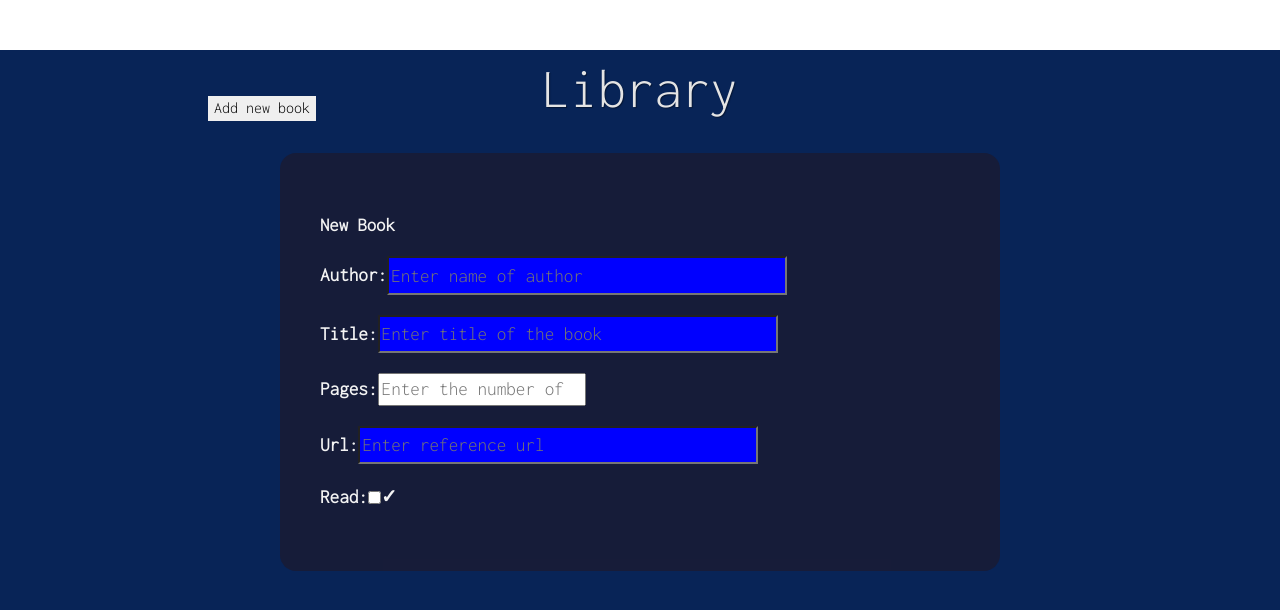
Repository: 0101chaitanya/Library
Page: index.html
An editor plug-in stored every save of this project. The page is shown before and after the next save, followed by the edit.
The browser window is 1280 px wide. The pictures show the whole page.

Above is the page before, as saved 2021-06-03 18:29:59.

### index.html
<!DOCTYPE html>
<html>

<head>
    <meta charset="UTF-8">
    <link rel="stylesheet" type="text/css" href="styles.css">

</head>
<div id="container">

</div>

<body>
    <script type="text/javascript" src="script.js"></script>

</body>

</html>

### styles.css
  @import url('https://fonts.googleapis.com/css2?family=Inconsolata:wght@300&display=swap');
   :root {
      --color-white: #f3f3f3;
      --color-darkblue-alpha: rgba(27, 27, 50, 0.8);
      --color-green: #082457;
  }

  *,
  *::before,
  *::after {
      box-sizing: border-box;
  }

  body {
      font-family: 'Inconsolata', monospace;
      font-size: 1rem;
      font-weight: 1000;
      line-height: 1.4;
      color: var(--color-white);
      margin: 0;
  }

  body::before {
      content: '';
      position: fixed;
      height: 100%;
      width: 100%;
      z-index: -1;
      background: var(--color-green);
  }

  header {
      font-weight: 400;
      font-size: 3.5rem;
      margin-top: 0rem;
      text-shadow: 1px 1px 1px rgba(0, 0, 0, 0.4);
      color: #e4e4e4;
      text-align: center;
  }

  label {
      display: flex;
      align-items: center;
      font-size: 1.2rem;
  }

  input,
  button {
      margin: 0;
      font-size: inherit;
      font-family: inherit;
      line-height: inherit;
  }

  button {
      border: none;
  }

  #container {
      width: 100%;
      margin: 3.125rem auto 0 auto;
  }

  @media (min-width: 576px) {
      #container {
          max-width: 540px;
      }
  }

  @media (min-width: 768px) {
      #container {
          max-width: 720px;
      }
  }
  /*
  @media (max-width: 400px) {
       :root {
          font-size: 7px;
      }
  }

  @media (min-width: 401px) and (max-width: 799px) {
       :root {
          font-size: 16px;
      }
  }

  @media (min-width: 800px) {
       :root {
          font-size: 24px;
      }
  }

  @media (min-width: 1000px) {
       :root {
          font-size: 26px;
      }
  }
   */

  #newBookButton {
      position: relative;
      left: 20%;
      top: -2rem;
      left: -4.5rem;
  }

  form {
      background: var(--color-darkblue-alpha);
      padding: 2.5rem 6.25rem;
      border-radius: 1rem;
  }

  @media (min-width:480px) {
      form {
          padding: 2.5rem;
      }
  }

  .formGroup {
      margin: 0 auto 1.25rem auto;
  }

  .textBox {
      display: block;
      width: 25rem;
      height: 2.4rem;
      padding: - 0.375rem 0.75rem;
      background-color: blue;
  }
  /*
  h3 {
      position: relative;
      margin-left: 0;
      top: -1rem;
      color: rgb(18, 156, 236);
  }

  #author {
      position: relative;
      margin-bottom: 0.2rem;
      top: -1.5rem;
      left: -0.3rem;
      max-width: fit-content;
  }

  #title,
  #pages {
      position: relative;
      margin-bottom: 0.2rem;
      max-width: auto;
      top: -1.5rem;
  }

  #url {
      position: relative;
      margin-bottom: 0.2rem;
      left: 0.8rem;
      max-width: auto;
      top: -1.5rem;
  }

  #read {
      position: relative;
      margin-bottom: 0.2rem;
      right: 5.0rem;
      top: -1.5rem;
      margin-bottom: -1rem;
  }

  #authorInput {
      position: relative;
      right: -0.70rem;
      max-width: 58.0%;
  }

  #titleInput,
  #pagesInput {
      position: relative;
      right: -0.7rem;
      max-width: 60%;
  }

  #urlInput {
      position: relative;
      right: -0.7rem;
      max-width: 65.5%;
  }

  #readInput {
      position: relative;
      right: -0.5rem;
      margin-bottom: 0.4rem;
  }

  .checkMark {
      position: relative;
      display: inline-flex;
      justify-content: center;
      align-items: center;
      left: -0.5rem;
      height: 0.9rem;
      width: 0.9rem;
      border-color: black;
      border-style: solid;
      border-width: 0.01rem;
      color: rgb(241, 232, 237);
      background: rgb(241, 232, 237);
  }

  #readInput:checked~.checkMark {
      color: rgb(26, 28, 43);
      background: rgb(235, 225, 230);
  } */

### script.js
let heading = document.createElement("header");
heading.textContent = 'Library';
container = document.getElementById("container");
container.appendChild(heading);
let newBook = document.createElement('button');
newBook.id = 'newBookButton';
newBook.textContent = 'Add new book';
container.appendChild(newBook);
let form = document.createElement('form');
h3 = document.createElement('h3');
form.appendChild(h3);

function createElmt(labelName, labelId, tipe, labelTextContent, inputId, inpId, req, place, checkMk) {
    formGroup = document.createElement('div');
    formGroup.classList.add('formGroup');
    labelName = document.createElement('label');
    labelName.textContent = labelTextContent;
    labelName.id = labelId;
    labelName.htmlFor = inputId;
    inputId = document.createElement('input');
    inputId.type = tipe;
    inputId.id = inpId;
    inputId.required = req;
    inputId.placeholder = place;
    if (inputId.type == 'text') {
        inputId.classList.add('textBox');
    }
    labelName.appendChild(inputId);
    if (checkMk == 'read') {
        let span = document.createElement('span');
        span.className = 'checkMark';
        span.innerHTML = '&#10003';


        labelName.appendChild(span);
    }
    formGroup.appendChild(labelName);

    form.appendChild(formGroup);
}
h3.textContent = `New Book`;
createElmt('author', 'author', 'text', 'Author:', 'authorInput', 'authorInput', true, 'Enter name of author');
createElmt('title', 'title', 'text', 'Title:', 'titleInput', 'titleInput', true, 'Enter title of the book');
createElmt('pages', 'pages', 'number', 'Pages:', 'pagesInput', 'pagesInput', true, 'Enter the number of pages');
createElmt('url', 'url', 'text', 'Url:', 'urlInput', 'urlInput', false, 'Enter reference url');

createElmt('read', 'read', 'checkbox', 'Read:', 'readInput', 'readInput', false, null, 'read');
console.log('author'.id);

container.appendChild(form);
/*
let author = document.createElement('label');
author.textContent = 'Author :';
author.htmlFor = 'authorInput';
let authorInput = document.createElement('input');
authorInput.id = 'authorInput';
author.appendChild(authorInput);
document.body.appendChild(author);
 */


function setBookObj(author, title, pages, readStatus, refUrl) {
    this.author = author;
    this.title = title;
    this.pages = pages;
    this.readStatus = readStatus;
    this.refUrl = refUrl;
}

After the next save:
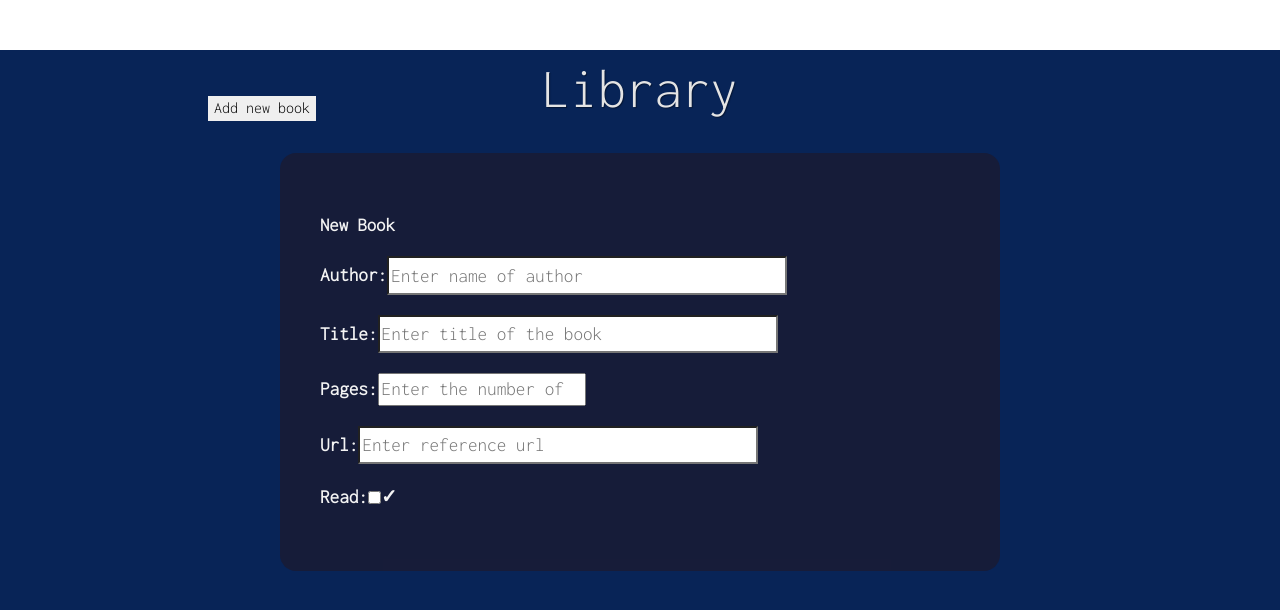
Saved 9 s later.
--- a/styles.css
+++ b/styles.css
@@ -126,7 +126,7 @@
       width: 25rem;
       height: 2.4rem;
       padding: - 0.375rem 0.75rem;
-      background-color: blue;
+      background-color: white;
   }
   /*
   h3 {
